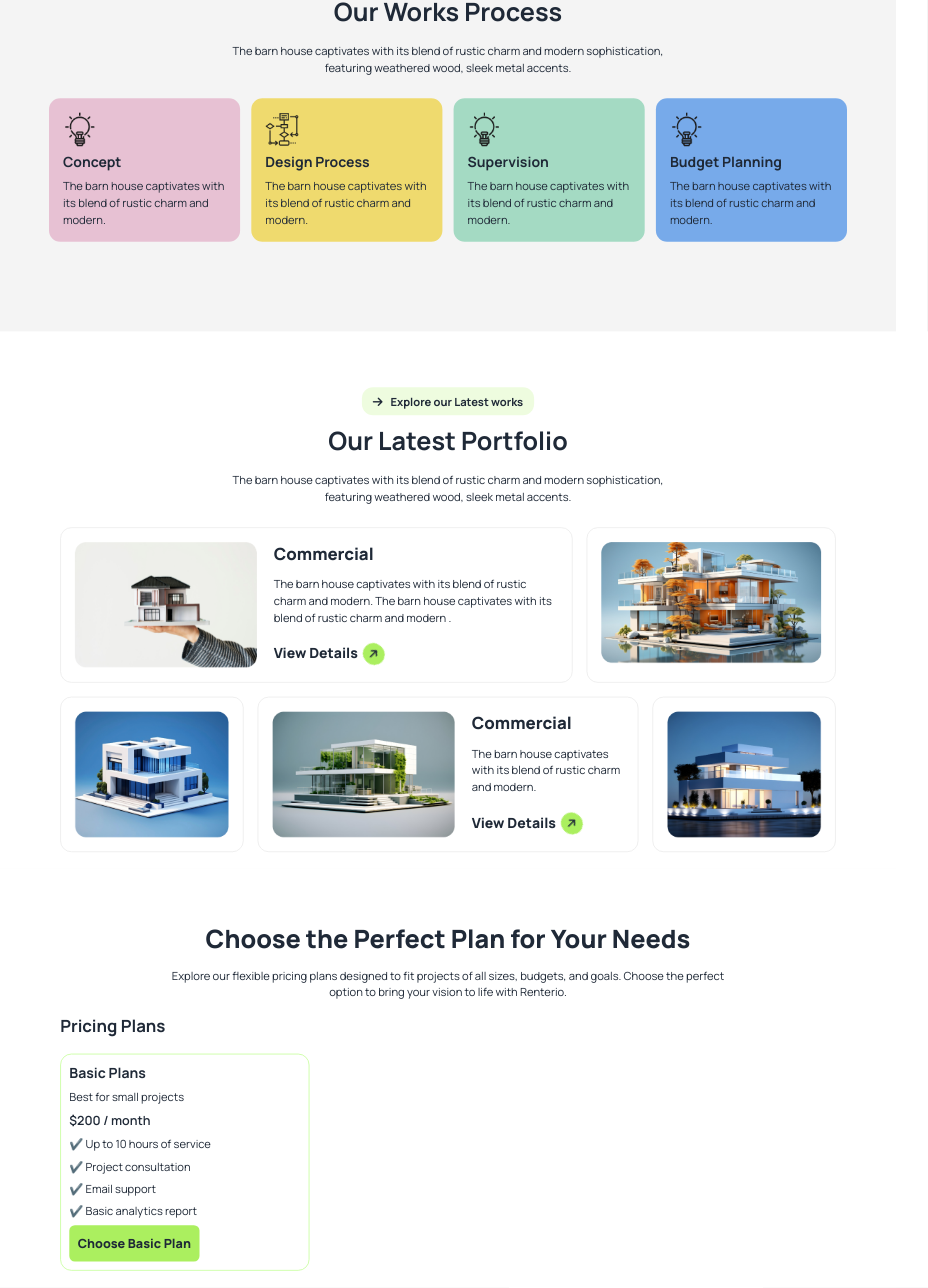
Repository: Tanvir4312/assignment-03
Page: index.html
An editor plug-in stored every save of this project. The page is shown before and after the next save, followed by the edit.
The browser window is 1280 px wide. The page is 1325 px wide, so the pictures cover 1325 px, including what lies to the right of the window. The pictures show the part of the page from y = 1825 to 3665 px (the page is 3665 px tall), at 70% of full size.
Some web libraries are served in a nearby version.

Above is the page before, as saved 2024-10-30 19:56:33.

### index.html
<!DOCTYPE html>
<html lang="en">

<head>
    <meta charset="UTF-8">
    <meta name="viewport" content="width=device-width, initial-scale=1.0">
    <title>Renterio</title>
    <link rel="stylesheet" href="styles/styles.css">
    <!-- DaisyUI -->
    <link href="https://cdn.jsdelivr.net/npm/daisyui@4.12.14/dist/full.min.css" rel="stylesheet" type="text/css" />
    <script src="https://cdn.tailwindcss.com"></script>
    <!-- Icon -->
    <link rel="stylesheet" href="https://cdnjs.cloudflare.com/ajax/libs/font-awesome/6.6.0/css/all.min.css"
        integrity="sha512-Kc323vGBEqzTmouAECnVceyQqyqdsSiqLQISBL29aUW4U/M7pSPA/gEUZQqv1cwx4OnYxTxve5UMg5GT6L4JJg=="
        crossorigin="anonymous" referrerpolicy="no-referrer" />

    <script>
        tailwind.config = {
            theme: {
                extend: {
                    colors: {
                        clifford: '#da373d',
                        bgBtnColor: '#ABEF5F',
                        btnTextAndWorksTextColor: '#1C1C1C',
                        mainColor: '#212121',
                        secondaryColor: '#494949',

                    }
                }
            }
        }
    </script>
</head>

<body class="manrope-font">
    <header>
        <!-- Navbar -->
        <nav class="container mx-auto">
            <div class="navbar relative py-14">
                <div class="navbar-start">
                    <div class="absolute right-0">
                        <div class="dropdown">
                            <div tabindex="0" role="button"
                                class="btn btn-ghost mr-2 lg:hidden border border-[rgba(233,233,233)] rounded-full bg-[#f9f8f8]">
                                <svg xmlns="http://www.w3.org/2000/svg" class="h-5 w-5" fill="none" viewBox="0 0 24 24"
                                    stroke="currentColor">
                                    <path stroke-linecap="round" stroke-linejoin="round" stroke-width="2"
                                        d="M4 6h16M4 12h8m-8 6h16" />
                                </svg>
                            </div>
                            <div class="absolute -left-20">
                                <ul tabindex=""
                                    class="menu menu-sm dropdown-content bg-base-100 rounded-box z-[1] p-2 shadow w-32">
                                    <li><a>Home</a></li>
                                    <li><a>Services</a></li>
                                    <li><a>Portfolio</a></li>
                                    <li><a>Blogs</a></li>
                                    <li><a>Contact Us</a></li>
                                </ul>
                            </div>
                        </div>
                    </div>
                    <i class="fa-solid fa-arrow-right -rotate-45 bg-bgBtnColor p-2 rounded-full	"></i>
                    <a class="btn btn-ghost font-extrabold text-3xl pl-2">Renterio</a>
                </div>
                <div class="navbar-center hidden lg:flex">
                    <ul class="menu menu-horizontal px-1">
                        <li><a class="font-extrabold">Home</a></li>
                        <li><a>Services</a></li>
                        <li><a>Portfolio</a></li>
                        <li><a>Blogs</a></li>
                        <li><a>Contact Us</a></li>
                    </ul>
                </div>

                <div class="navbar-end hidden md:block">
                    <div class="flex justify-end">
                        <div class="flex items-center gap-3 mr-2">
                            <div class="px-3 py-1 border border-[rgba(233,233,233)] rounded-full bg-[#f9f8f8]">
                                <i class="fa-solid fa-magnifying-glass"></i>
                            </div>
                            <div class="px-3 py-1 border border-[rgba(233,233,233)] rounded-full bg-[#f9f8f8]">
                                <i class="fa-solid fa-cart-shopping"></i>
                            </div>
                        </div>
                        <div class="relative ">
                            <button class="btn bg-bgBtnColor rounded-3xl pr-14 text-lg font-semibold">Book
                                Consult</button>
                            <i
                                class="fa-solid fa-arrow-right -rotate-45 bg-black text-white p-2 rounded-full absolute top-2 right-4 "></i>
                        </div>
                    </div>
                </div>
            </div>
        </nav>
        <!-- Banner -->
        <section class="banner text-center">
            <!-- Banner Image -->
            <div class="flex justify-center px-14">
                <img src="./assets/banner.png" alt="">
            </div>
            <!-- Banner Text -->
            <div class="mt-6">
                <h1 class="text-3xl md:text-6xl font-extrabold md:leading-[80px]">A barn house of this design
                    has a <br>striking appearance
                </h1>
                <p class="mt-6 mb-8 px-5">The barn house captivates with its blend of rustic charm and modern
                    sophistication,
                    featuring weathered wood, sleek metal <br> accents, and large windows that flood the space with
                    natural light.</p>
                <!-- Banner Button -->
                <div class="relative flex px-2 md:justify-center md:items-center">
                    <div class="w-full text-start md:text-center">
                        <button
                            class="btn border border-[rgba(171,239,95)] bg-[rgba(171,239,95,0.5)] rounded-3xl mainColor text-xl font-extrabold pr-14 l w-full md:w-52">View
                            Details</button>
                    </div>
                    <div>
                        <i
                            class="fa-solid fa-arrow-right -rotate-45 bg-bgBtnColor p-2 rounded-full absolute bottom-2 right-[590px]"></i>

                        <i
                            class="md:hidden absolute top-3 right-20 fa-solid fa-arrow-right -rotate-45 bg-bgBtnColor p-2 rounded-full"></i>
                    </div>
                </div>
            </div>
        </section>
    </header>

    <main class="bg-[#F4F4F4]">
        <!-- Commercial and Residential Section -->
        <section class="bg-[#F4F4F4] md:my-24 my-5 pt-7 pb-5 md:pb-20">
            <!-- Vector Image -->
            <img class="hidden md:block border-dashed border-2 border-slate-300 py-7 ml-9" src="./assets/Vector.png"
                alt="">
            <div class="md:w-[1140px] mx-auto grid md:grid-cols-2 grid-cols-1 gap-5 p-4 md:p-0">
                <div>
                    <!-- About Us Button -->
                    <div class="flex justify-center md:flex-col">
                        <div class="bg-white w-32 py-2 px-4 rounded-2xl">
                            <i class="fa-solid fa-arrow-right pr-2"></i>
                            <button class="font-bold">About Us</button>
                        </div>
                    </div>
                    <!-- Text -->
                    <div class="mt-4 md:text-start text-center">
                        <h1 class="text-2xl md:text-4xl font-bold mainColor mb-6">We design thoughtful, <br> liveable
                            spaces
                        </h1>
                        <p class="secondaryColor">The barn house captivates with its blend of rustic charm and
                            modern sophistication, featuring weathered wood, sleek metal accents.</p>
                    </div>

                    <div class="flex md:items-center gap-5 my-6 bg-white p-6 rounded-2xl">
                        <!-- Image -->
                        <div>
                            <img src="./assets/commercial.png" alt="">
                        </div>
                        <!-- Text -->
                        <div>
                            <h3 class="text-xl font-extrabold">Commercial</h3>
                            <p><small>The barn house captivates with its blend <br> of rustic charm and modern.</small>
                            </p>
                        </div>
                    </div>
                    <div class="flex md:items-center gap-5 bg-white p-6 rounded-2xl">
                        <!-- Image -->
                        <div>
                            <img src="./assets/residential.png" alt="">
                        </div>
                        <!-- Text -->
                        <div>
                            <h3 class="text-xl font-extrabold">Residential</h3>
                            <p><small>The barn house captivates with its blend <br> of rustic charm and modern.</small>
                            </p>
                        </div>
                    </div>

                </div>
                <!-- Image -->
                <div>
                    <img class="h-60 w-full md:h-[500px]" src="./assets/Rectangle.png" alt="">
                </div>
            </div>
        </section>

        <!-- Works Process section -->
        <section class="md:w-[1140px] mx-auto px-4 md:px-0 md:pb-24">
            <!-- Works Button -->
            <div class="flex justify-center">
                <div class="bg-white py-2 px-4 rounded-2xl">
                    <i class="fa-solid fa-arrow-right pr-2"></i>
                    <button class="font-bold">How We Works</button>
                </div>
            </div>
            <!-- Text -->
            <div class="text-center">
                <h1 class="py-4 md:py-6 text-2xl md:text-4xl font-bold">Our Works Process</h1>
                <p>The barn house captivates with its blend of rustic charm and modern sophistication, <br> featuring
                    weathered wood, sleek metal accents.</p>
            </div>
            <!-- Card -->
            <div class="card grid grid-cols-1 md:grid-cols-4 gap-4 my-8">
                <div class="bg-[rgba(231,193,211)] rounded-2xl p-5">
                    <img src="./assets/concept.png" alt="">
                    <h4 class="py-2 text-xl font-bold">Concept</h4>
                    <p>The barn house captivates with its blend of rustic charm and modern.</p>
                </div>
                <div class="bg-[rgba(239,218,110)] rounded-2xl p-5">
                    <img src="./assets/flow-chart.png" alt="">
                    <h4 class="py-2 text-xl font-bold">Design Process</h4>
                    <p>The barn house captivates with its blend of rustic charm and modern.</p>
                </div>
                <div class="bg-[rgba(164,218,195)] rounded-2xl p-5">
                    <img src="./assets/concept.png" alt="">
                    <h4 class="py-2 text-xl font-bold">Supervision</h4>
                    <p>The barn house captivates with its blend of rustic charm and modern.</p>
                </div>
                <div class="bg-[rgba(119,170,234)] rounded-2xl p-5">
                    <img src="./assets/concept.png" alt="">
                    <h4 class="py-2 text-xl font-bold">Budget Planning</h4>
                    <p>The barn house captivates with its blend of rustic charm and modern.</p>
                </div>
            </div>
        </section>
        <!-- Latest Portfolio Section -->
        <section class="md:bg-white">
            <div class=" md:w-[1140px] mx-auto py-6 px-4 md:pt-20">
                <!-- Latest Works Button -->
                <div class="flex justify-center">
                    <div class="bg-[rgba(171,239,95,0.2)] py-2 px-4 rounded-2xl">
                        <i class="fa-solid fa-arrow-right pr-2"></i>
                        <button class="font-bold">Explore our Latest works</button>
                    </div>
                </div>
                <!-- Text -->
                <div class="text-center">
                    <h1 class="pt-4 pb-6 md:text-4xl text-2xl font-bold">Our Latest Portfolio</h1>
                    <p>The barn house captivates with its blend of rustic charm and modern sophistication, <br>
                        featuring
                        weathered wood, sleek metal accents.</p>
                </div>
                <!-- Latest Portfolio Card First Row -->
                <div class="pt-8 grid grid-cols-1 md:grid-cols-3 gap-5">
                    <!-- First Card -->
                    <div class="md:col-span-2 rounded-2xl ">
                        <div class="md:flex gap-6 border border-[rgba(233,233,233)] rounded-2xl p-5 bg-white">
                            <img src="./assets/img1.png" alt="">
                            <div>
                                <h3 class="text-2xl font-extrabold">Commercial</h3>
                                <p class="pt-4 pb-6">The barn house captivates with its blend of rustic charm and
                                    modern. The barn house
                                    captivates with its blend of rustic charm and modern .</p>

                                <a class="text-xl font-extrabold pr-1" href="">View Details</a>
                                <i class="fa-solid fa-arrow-right -rotate-45 bg-bgBtnColor p-2 rounded-full	"></i>
                            </div>
                        </div>
                    </div>
                    <!-- Second Card -->
                    <div class="border border-[rgba(233,233,233)] rounded-2xl p-5 bg-white">
                        <img src="./assets/img2.png" alt="">
                    </div>

                </div>
                <!-- Latest Portfolio Card Second Row -->
                <div class="grid grid-cols-1 md:grid-cols-4 gap-5 mt-5">
                    <!-- First Card -->
                    <div class="border border-[rgba(233,233,233)] rounded-2xl p-5 bg-white">
                        <img class="h-full w-full" src="./assets/img3.png" alt="">
                    </div>
                    <!-- Second Card -->
                    <div class="md:col-span-2 rounded-2xl ">
                        <div class="md:flex gap-6 border border-[rgba(233,233,233)] rounded-2xl p-5 bg-white">
                            <img src="./assets/img4.png" alt="">
                            <div>
                                <h3 class="text-2xl font-extrabold">Commercial</h3>
                                <p class="pt-4 pb-6">The barn house captivates with its blend of rustic charm and
                                    modern.</p>

                                <a class="text-xl font-extrabold pr-1" href="">View Details</a>
                                <i class="fa-solid fa-arrow-right -rotate-45 bg-bgBtnColor p-2 rounded-full	"></i>
                            </div>
                        </div>
                    </div>
                    <!-- Third Card -->
                    <div class="border border-[rgba(233,233,233)] rounded-2xl p-5 bg-white">
                        <img class="h-full w-full" src="./assets/img5.png" alt="">
                    </div>

                </div>
            </div>
        </section>
        <section class="md:bg-white">
            <div class="md:w-[1140px] mx-auto py-6 px-4 md:pt-20">
                <div class="text-center">
                    <h1 class="text-2xl md:text-4xl font-extrabold">Choose the Perfect Plan for Your Needs</h1>
                    <p class="py-5">Explore our flexible pricing plans designed to fit projects of all sizes, budgets,
                        and goals. Choose the perfect <br> option to bring your vision to life with Renterio.</p>
                </div>
                <p class="text-2xl font-bold pb-6">Pricing Plans</p>
                <div class="grid grid-cols-1 md:grid-cols-3 gap-5">
                    <div class="border border-[#bdfe8b] p-3 rounded-2xl">
                        <div class="space-y-2">
                            <h3 class="text-xl font-bold">Basic Plans</h3>
                            <p>Best for small projects</p>
                            <h5 class="text-lg font-semibold">$200 / month</h5>
                            <li class="list-none">✔️ Up to 10 hours of service</li>
                            <li class="list-none">✔️ Project consultation</li>
                            <li class="list-none">✔️ Email support</li>
                            <li class="list-none">✔️ Basic analytics report</li>
                        </div>
                        <div>
                            <button class="bg-bgBtnColor p-3 rounded-lg text-lg font-extrabold mt-2">Choose
                                Basic Plan</button>
                        </div>
                    </div>

                </div>
            </div>
        </section>
    </main>
    <!--  -->
    <section>

    </section>

</body>

</html>

### styles/styles.css
/* Font */
@import url('https://fonts.googleapis.com/css2?family=Manrope:wght@200..800&display=swap');


.manrope-font {
  font-family: "Manrope", sans-serif;


}

After the next save:
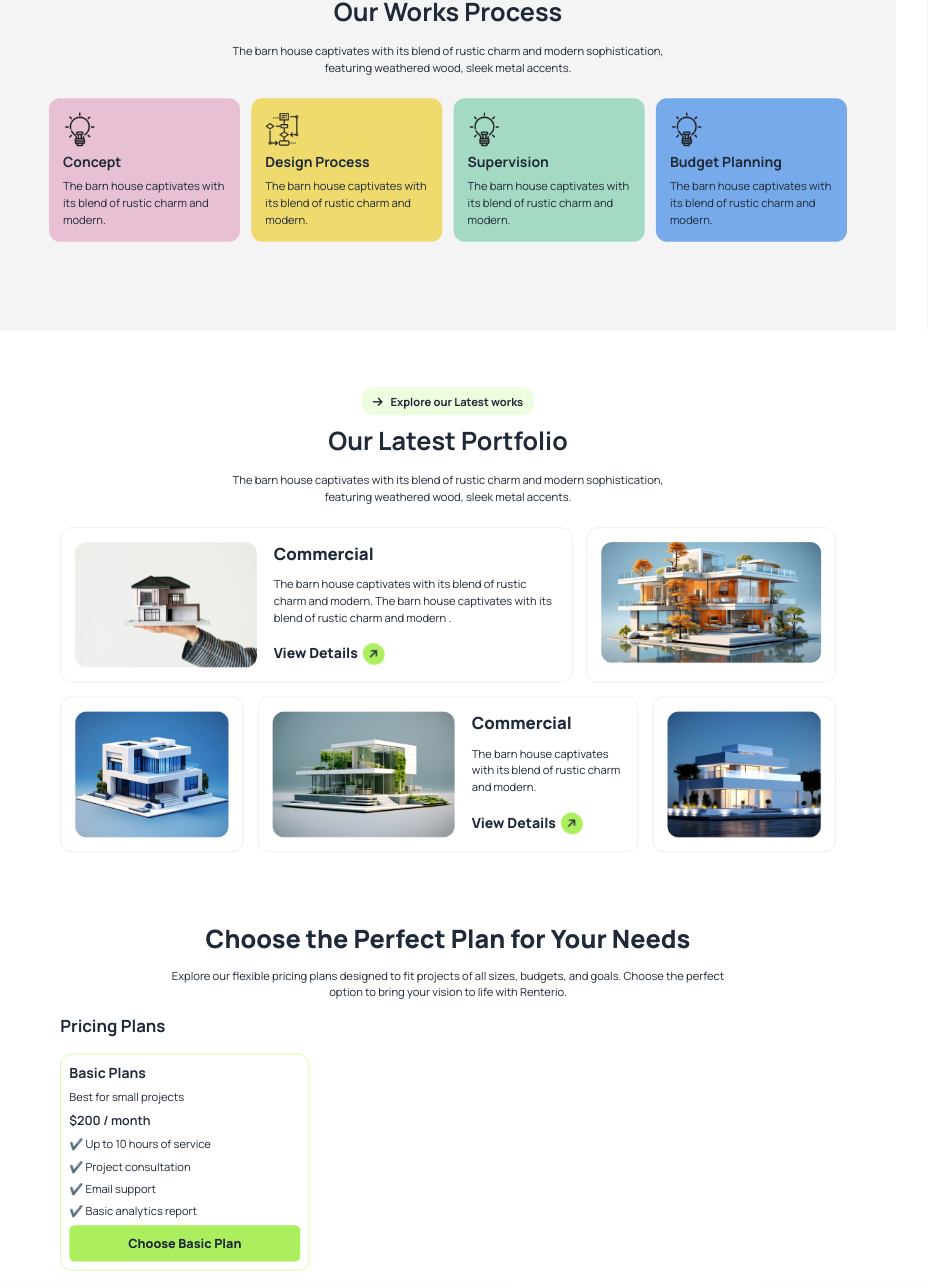
Saved 15 s later.
--- a/index.html
+++ b/index.html
@@ -310,8 +310,8 @@
                             <li class="list-none">✔️ Email support</li>
                             <li class="list-none">✔️ Basic analytics report</li>
                         </div>
-                        <div>
-                            <button class="bg-bgBtnColor p-3 rounded-lg text-lg font-extrabold mt-2">Choose
+                        <div class="">
+                            <button class="bg-bgBtnColor p-3 rounded-lg text-lg font-extrabold mt-2 w-full">Choose
                                 Basic Plan</button>
                         </div>
                     </div>
